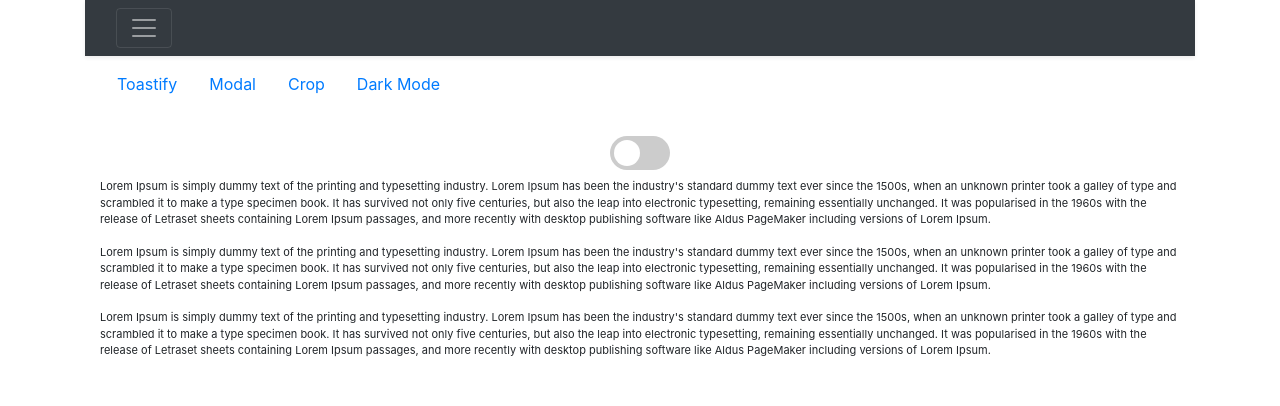
Repository: shankaraswal/react-multiple-ex
Page: /dark
The author's editor kept a copy of each file at every save. The page is drawn from the files as they stood at one save, then again after the next save.
The browser window is 1280 px wide. The pictures show the whole page.
The project was rebuilt for these pictures with package versions that can differ from the ones it lists, and the page was loaded fresh each time. Also part of the build but not shown: src/components/Toastify/Toastify.js, src/components/ModalPop/ModalPop.js.

Above is the page before, as saved 2020-02-04 19:11:34.

After the next save:
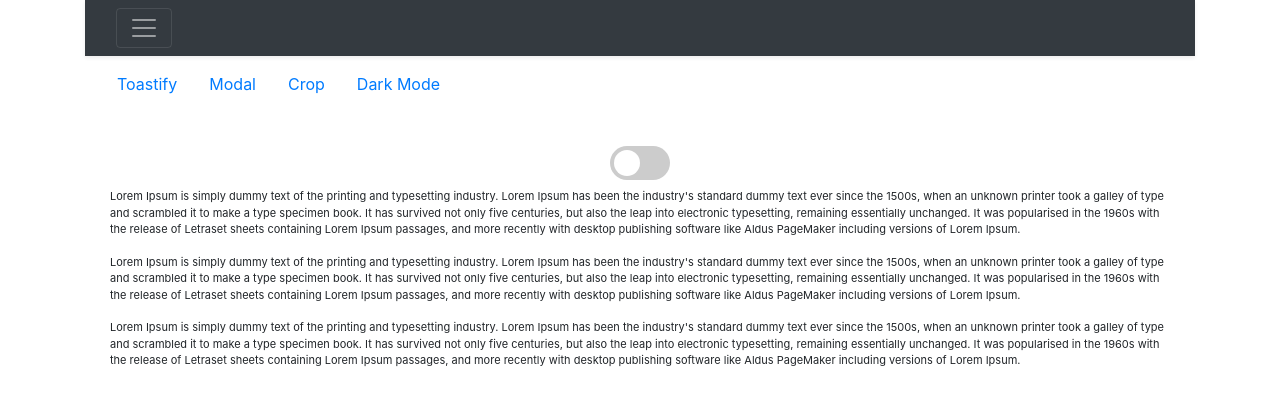
Saved 13 s later.
--- a/src/components/DarkMode/DarkMode.css
+++ b/src/components/DarkMode/DarkMode.css
@@ -61,6 +61,10 @@ input:checked+.slider:before {
   border-radius: 50%;
 }
 
+.dark-mode {
+  padding: 10px;
+}
+
 .dark-mode p {
   font-size: 11px;
   text-align: left;
